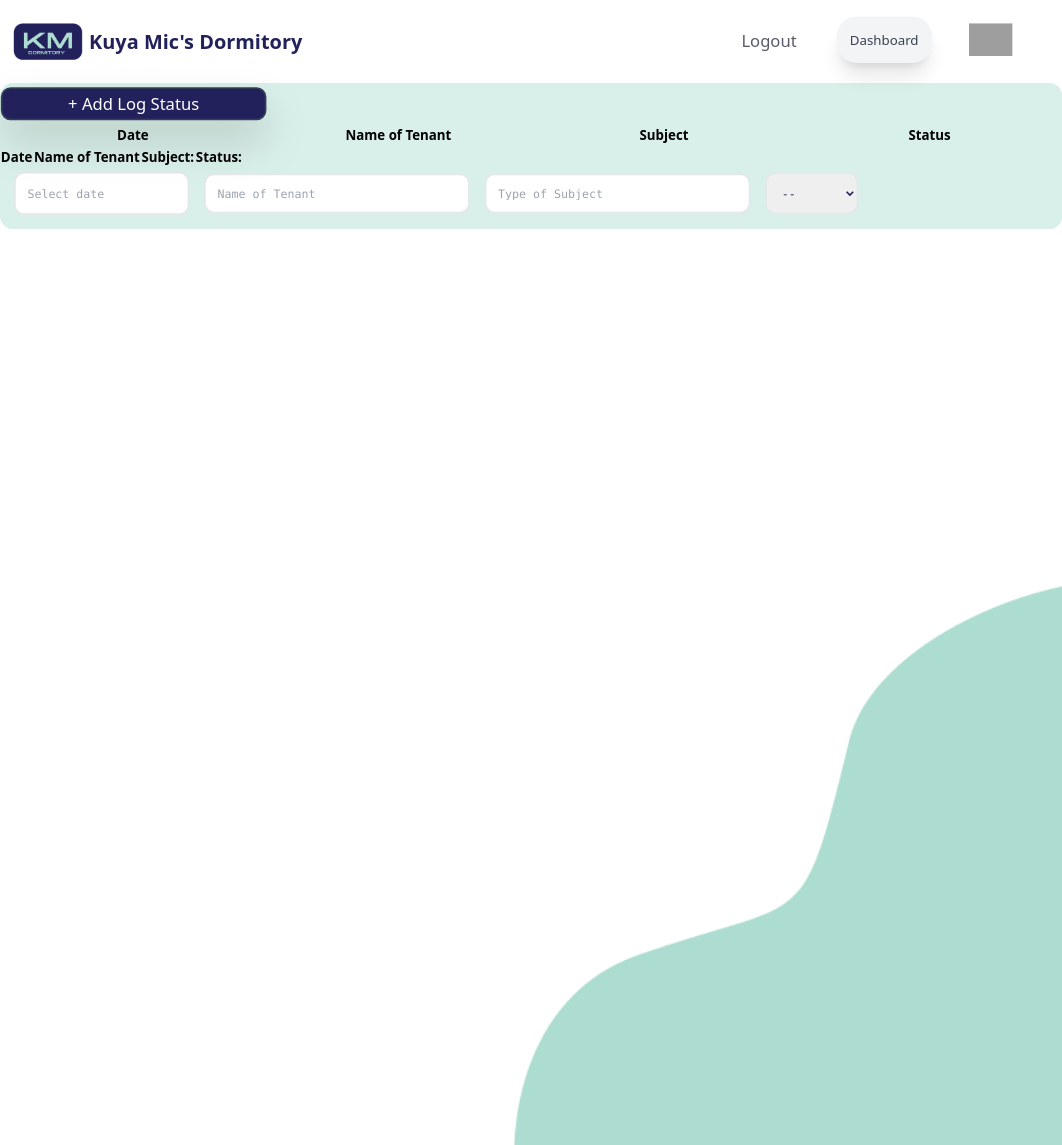
Repository: theamgri/Dormitory-Management-System
Page: logstatus.html
These files come from the project's save history. The page is drawn as it stood at one moment and after the next save; the edit follows.
The browser window is 1280 px wide. The pictures show the whole page, at 83% of full size.
Pictures or frames that could not be fetched are drawn as grey boxes. Some web libraries are served in a nearby version.

Above is the page before, as saved 2023-02-28 11:45:29.

After the next save:
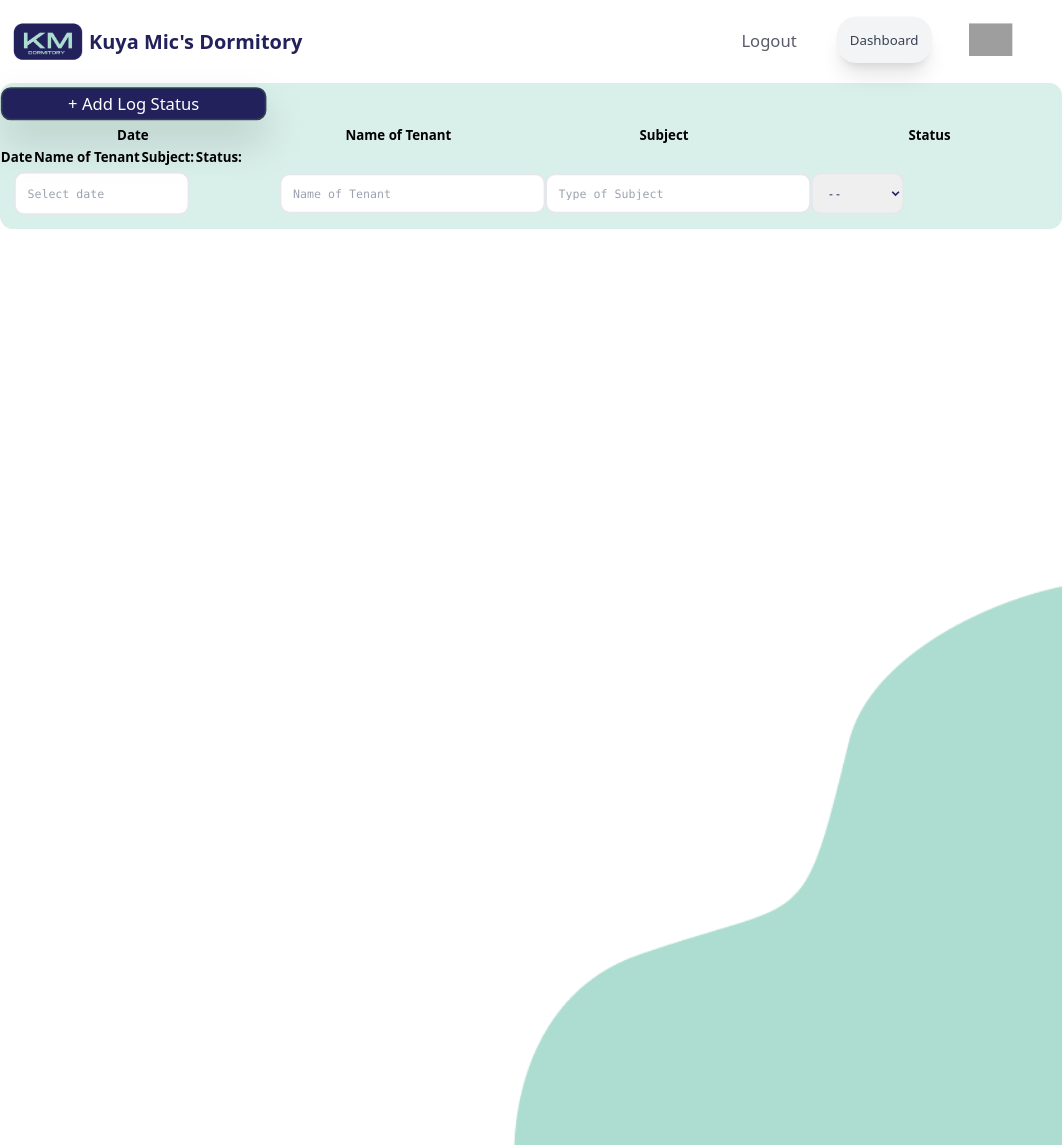
Saved 115 s later.
--- a/logstatus.html
+++ b/logstatus.html
@@ -50,7 +50,7 @@
               </tr>
             </thead>
 
-            <tbody class="block">
+            <tbody>
               <tr>
                 <td><input id="date" datepicker type="text" class="block border-2  font-mono mt-1 ml-4 mb-4 p-3.5 bg-gray-10 text-gray-900 sm:text-sm rounded-xl dark:bg-gray-100 dark:placeholder-gray-400" placeholder="Select date" style="color: #22215B;";></td>
                 <td><input id="name" type="text" style="height: 3rem; width:20rem;" placeholder="Name of Tenant" class="block border-2  font-mono mt-1 ml-4 mb-4 p-3.5 bg-gray-10 text-gray-900 sm:text-sm rounded-xl dark:bg-gray-100 dark:placeholder-gray-400"></td>
